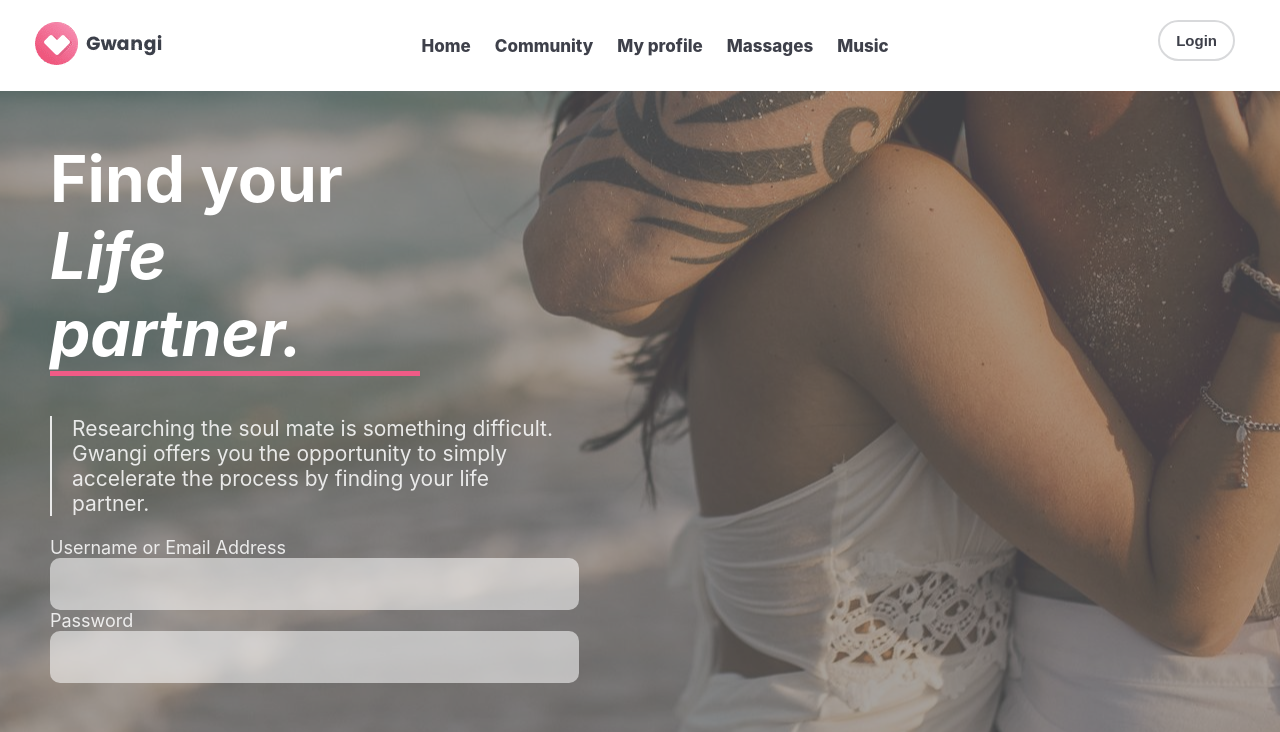
Repository: ShokunLiubov/Soc-Network-React
Page: /login
The author's editor kept a copy of each file at every save. The page is drawn from the files as they stood at one save, then again after the next save.
The browser window is 1280 px wide. The pictures show the whole page.
The project was rebuilt for these pictures with package versions that can differ from the ones it lists, and the page was loaded fresh each time. Also part of the build but not shown: src/components/common/Paginator/Paginator.module.css, src/components/common/Paginator/Paginator.jsx, src/components/Community/Community.module.css, src/components/Community/Friend/Friend.jsx, src/components/Community/Community.jsx, src/components/common/Preloader/Preloader.jsx, src/components/Community/CommunityContainer.jsx, src/components/Dialogs/Dialogs.module.css and 14 more.

Above is the page before, as saved 2022-08-24 18:06:58.

After the next save:
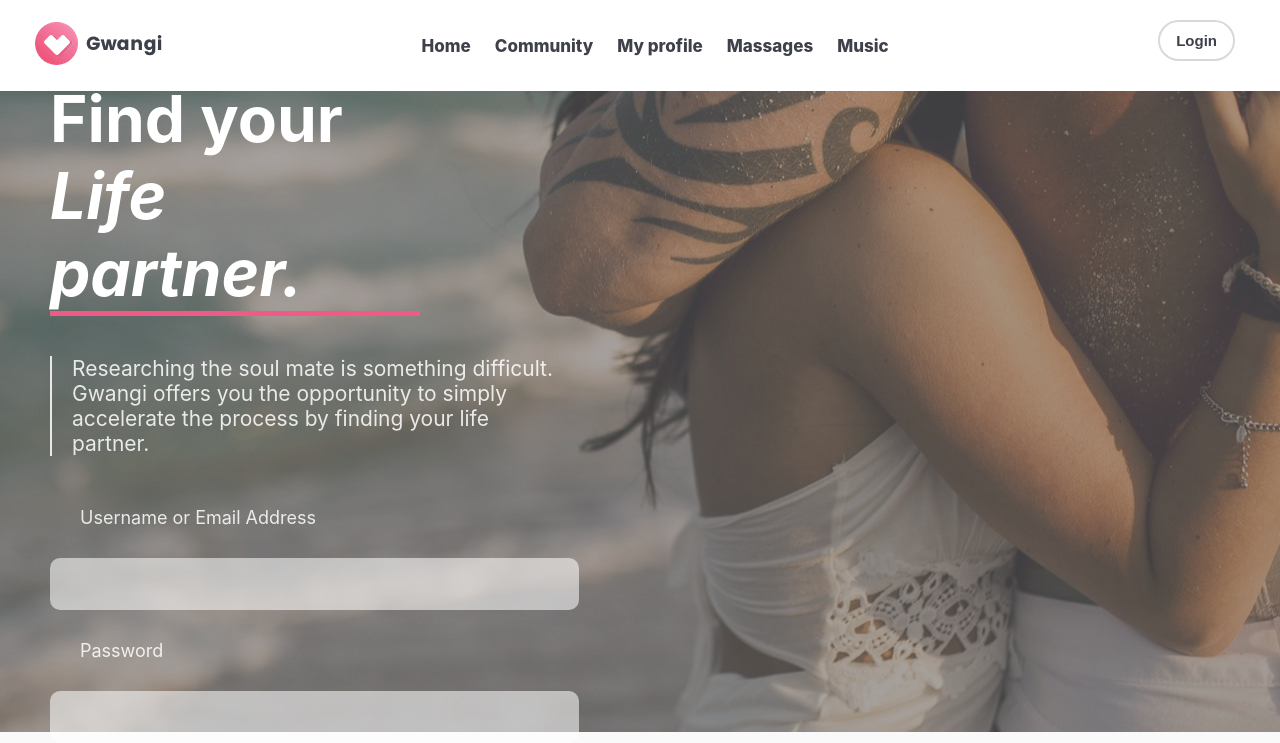
Saved 74 s later.
--- a/src/components/Auth/Registration/Registration.module.css
+++ b/src/components/Auth/Registration/Registration.module.css
@@ -57,6 +57,10 @@
     border-radius: 10px;
     border: none;
     height: 50px;
+}
 
+.username label,
+.password label {
+    margin: 30px;
 }
 /* FORM */
